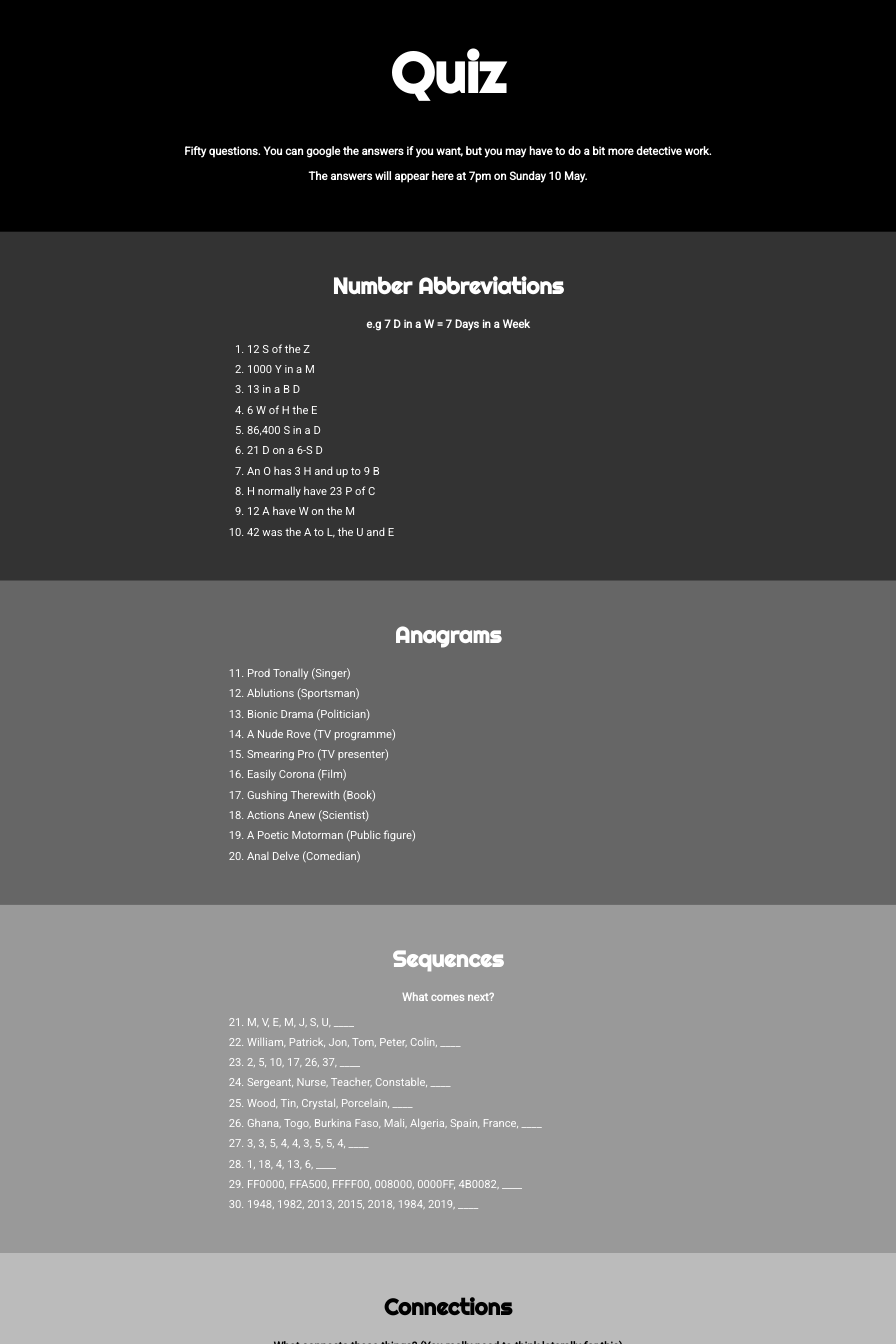
Repository: Domehead123/quiz
Page: index.html
The author's editor kept a record of every edit. The page is drawn from the files as they stood at one moment, then again after the next edit.
The browser window is 1280 px wide. The pictures show the part of the page from y = 0 to 1920 px (the page is 4609 px tall before and 4644 px after), at 70% of full size.

Above is the page before.

After the next edit:
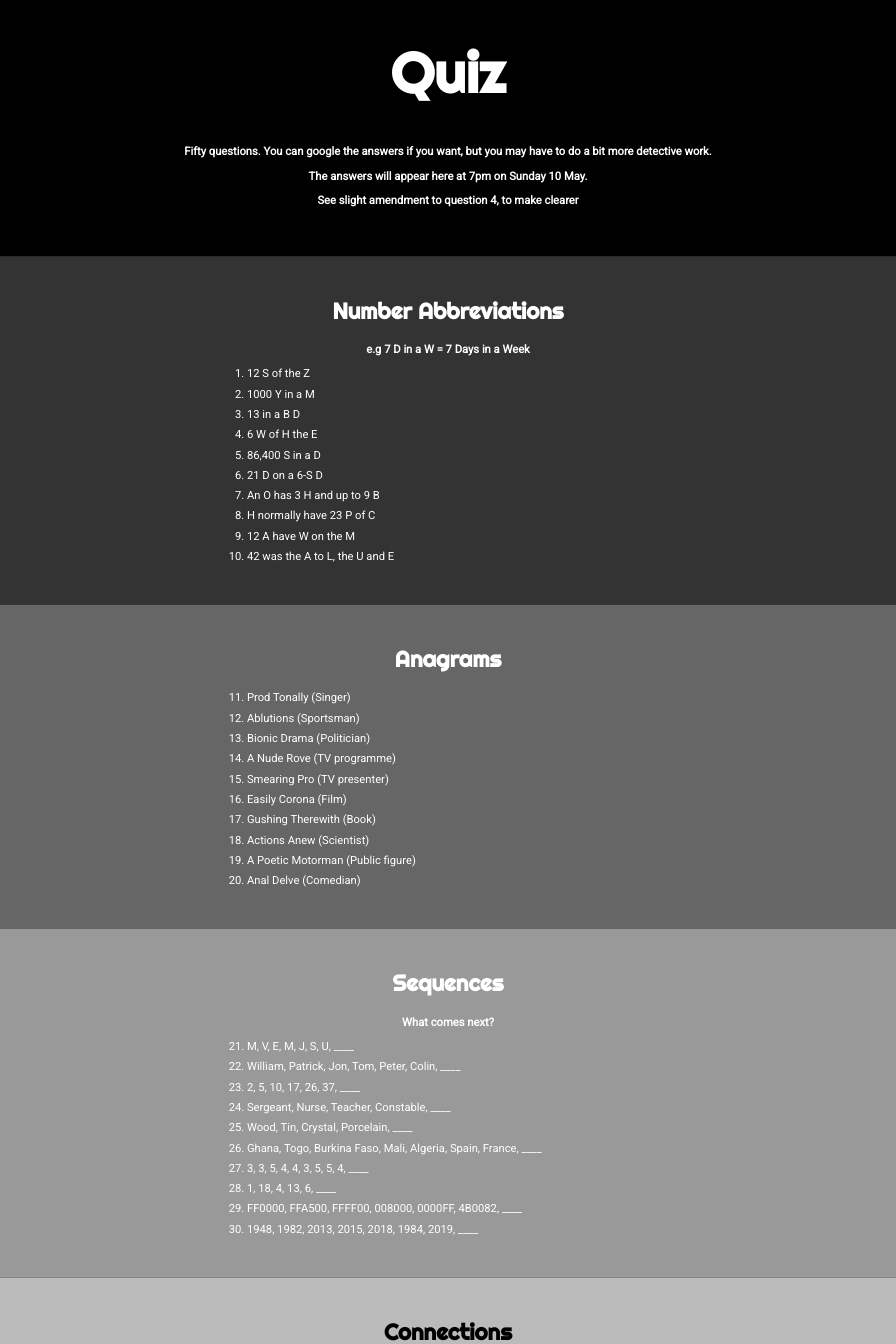
The edit:
--- a/index.html
+++ b/index.html
@@ -16,6 +16,7 @@
         <h1>Quiz</h1>
         <p>Fifty questions. You can google the answers if you want, but you may have to do a bit more detective work.</p>
         <p>The answers will appear here at 7pm on Sunday 10 May.</p>
+        <p>See slight amendment to question 4, to make clearer</p>
     </div>
 
     <div class="section one">
